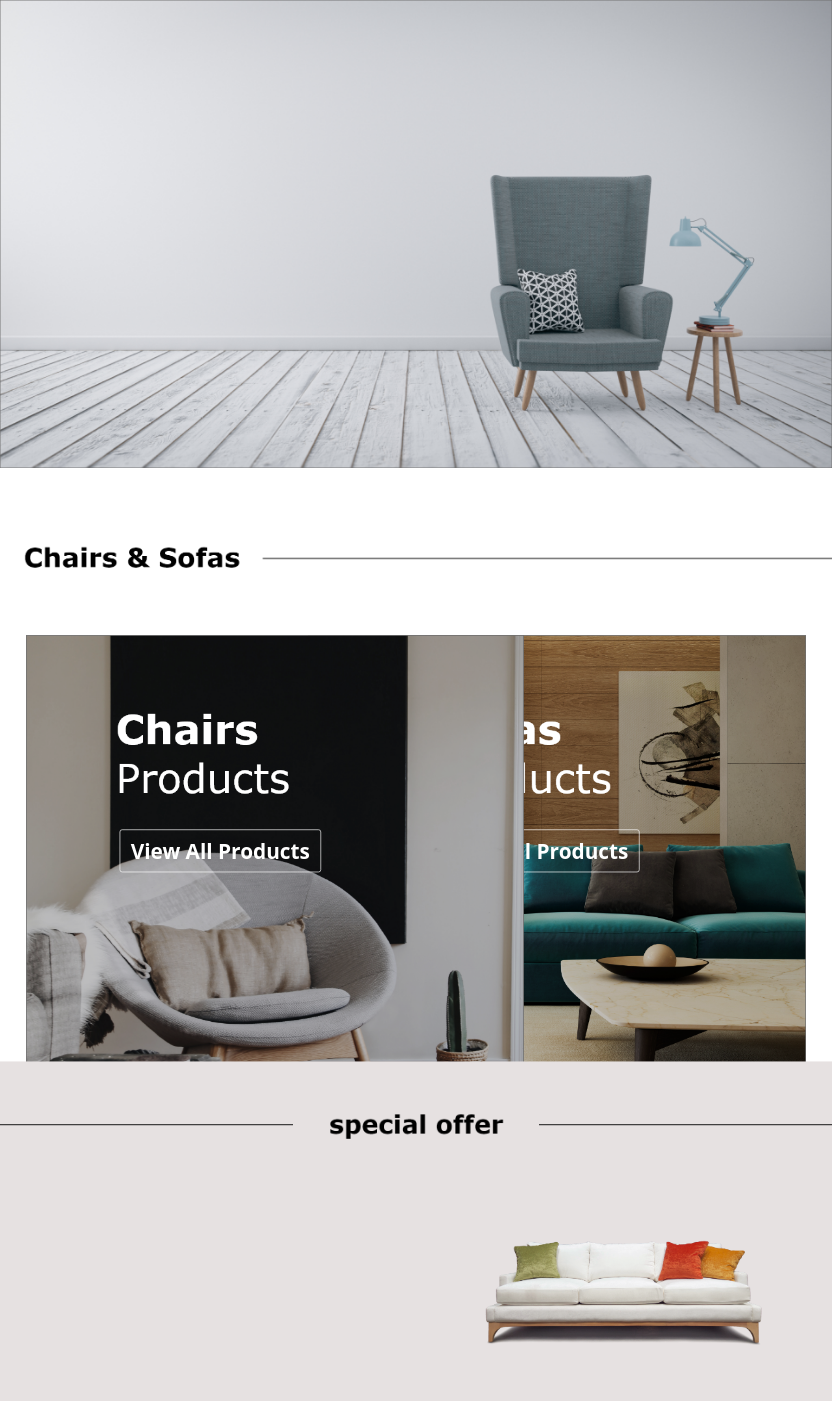
Repository: MEROO1010/creative_home
Page: /
The author's editor kept a copy of each file at every save. The page is drawn from the files as they stood at one save, then again after the next save.
The browser window is 1280 px wide. The pictures show the whole page, at 65% of full size.
The project was rebuilt for these pictures with package versions that can differ from the ones it lists, and the page was loaded fresh each time. The framework's server and built-in components were replaced by stand-ins that run in the browser. Also part of the build but not shown: next.config.js.

Above is the page before, as saved 2022-12-11 10:27:42.

### pages/_app.tsx
import '../styles/globals.css'
import type { AppProps } from 'next/app'

export default function App({ Component, pageProps }: AppProps) {
  return <Component {...pageProps} />


}

### pages/index.tsx
import styles from '../styles/Home.module.css'
import Firstsection from '../components/Firstsection'
import Chair_Sofa from '../components/Chair_Sofa'
import SpecialOffer from '../components/SpecialOffer'



export default function Home() {
  return (
    <div className='overflow-y-auto'>

    <div>
      <Firstsection/>

      <Chair_Sofa/>

      <div  >
      <SpecialOffer/>
      </div>



    </div>



    </div>

  )
}

### components/Firstsection.tsx
import React from 'react'
import Image from 'next/image'
import first_img from '../assets/images/first_img.png'


const firstsection = () => {
  return (
    <div>
      <Image src={first_img} alt={''}/>
    </div>
  )
}

export default firstsection

### components/Chair_Sofa.tsx
import React from 'react'
import Image from 'next/image'

import Title1 from '../assets/images/title1.png'
import righBtn from '../assets/images/btn-r.png'
import leftBtn from '../assets/images/btn-l.png'




const Chair_Sofa = () => {
  return (
    <div className='py-4 '>
     <div className='my-20 py-4'>
     <Image src={Title1} alt={''}/>
     </div>

     <div className=" absolute   	 right-10	     ">
      <Image src={righBtn} alt={''}/>
      <div className="absolute bottom-60   left-40 mx-10 my-28 bg-transparent hover:bg-gray-500 text-white  text-[32px] font-semibold hover:text-white py-2 px-4 border border-white hover:border-transparent rounded w-394 h-82   "><button>View All Products</button></div>
     </div>

     <div className=" absolute left-10  ">
      <Image src={leftBtn} alt={''}/>
      <div className="absolute bottom-60   left-20 mx-16 my-28 bg-transparent hover:bg-gray-500 text-white  text-[32px] font-semibold hover:text-white py-2 px-4 border border-white hover:border-transparent rounded w-394 h-82   "><button>View All Products</button></div>
     </div>

      <div>

      </div>

   </div>
  )
}

export default Chair_Sofa

### components/SpecialOffer.tsx
import React from 'react'
import Image from 'next/image'
import specialOffer from '../assets/images/specialOffer.png'
import sofa2 from '../assets/images/sofa2.png'



const SpecialOffer = () => {
  return (
    <div className="relative bg-[#E6E1E1]  py-10    my-80  top-80    ">
        <div className=' py-4 my-4 top-20'>
          <Image src={specialOffer} alt=''/>

         </div>

         <div className='  relative mx-80 left-80 px-24'>
          <Image src={sofa2} alt=''/>

         </div>
    </div>
  )
}

export default SpecialOffer

### tailwind.config.js
/** @type {import('tailwindcss').Config} */
module.exports = {
  content: [
    "./pages/**/*.{js,ts,jsx,tsx}",
    "./components/**/*.{js,ts,jsx,tsx}",
  ],
  theme: {

    extend: {},
  },
  plugins: [],
}

Loaded but not shown: styles/globals.css (common file)

After the next save:
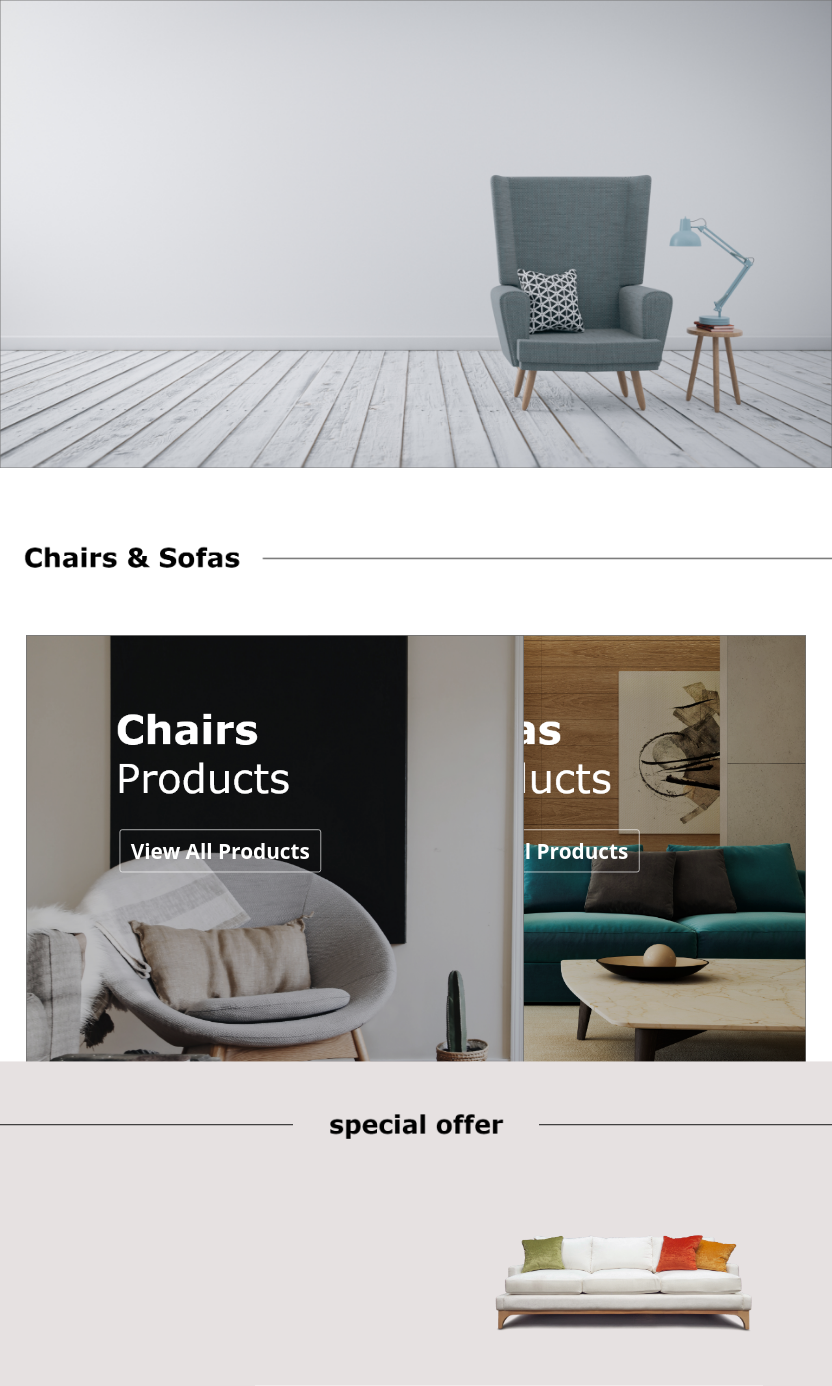
Saved 6 s later.
--- a/components/SpecialOffer.tsx
+++ b/components/SpecialOffer.tsx
@@ -13,7 +13,7 @@ const SpecialOffer = () => {
 
          </div>
 
-         <div className='  relative mx-80 left-80 px-24'>
+         <div className='  relative mx-80 left-80 px-28'>
           <Image src={sofa2} alt=''/>
 
          </div>
